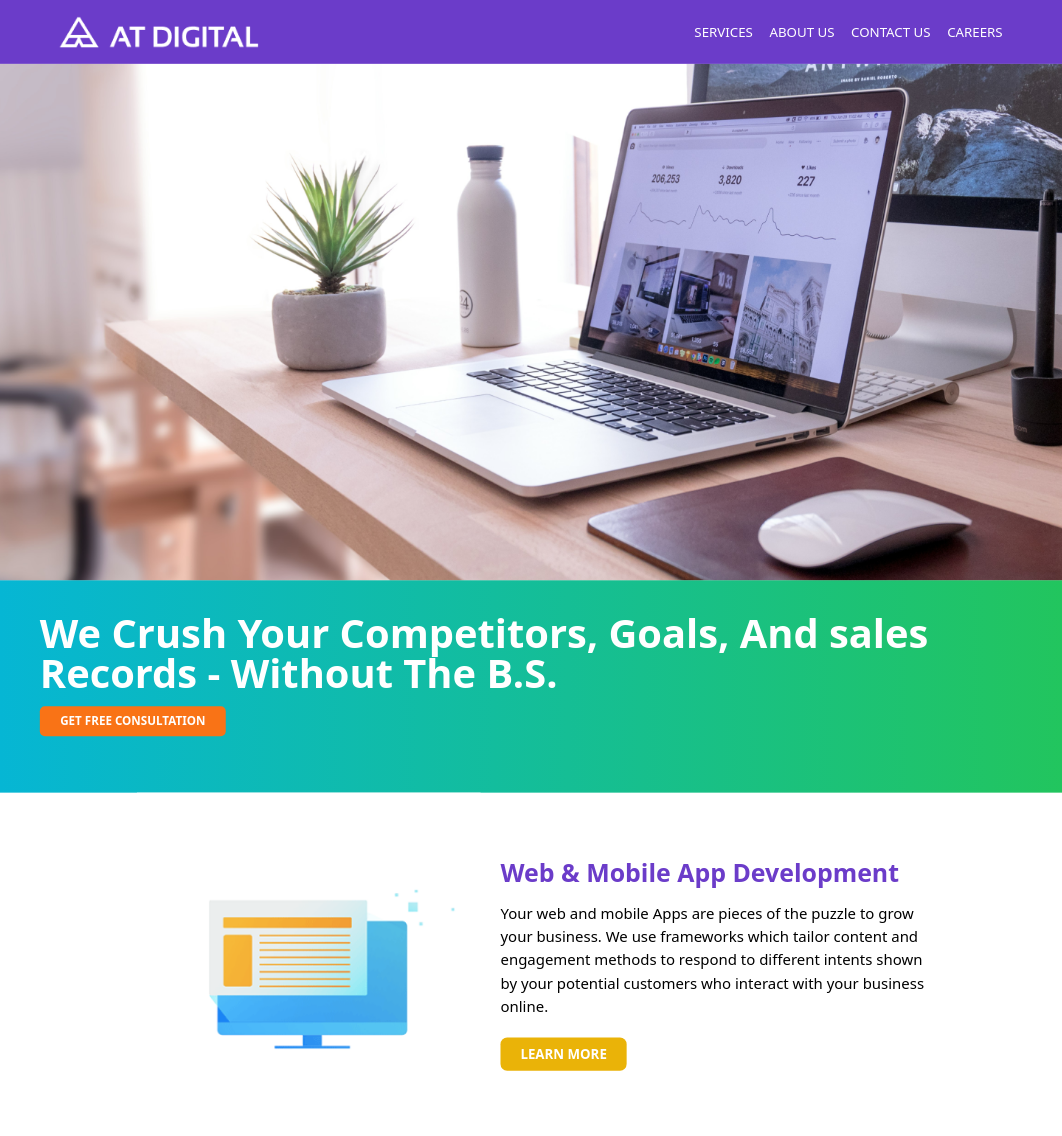
Repository: Milith97/AT-Digital-Website
Page: /
An editor plug-in stored every save of this project. The page is shown before and after the next save, followed by the edit.
The browser window is 1280 px wide. The pictures show the whole page, at 83% of full size.
The project was rebuilt for these pictures with package versions that can differ from the ones it lists, and the page was loaded fresh each time. Also part of the build but not shown: vite.config.js.

Above is the page before, as saved 2024-04-06 21:52:36.

### src/App.jsx
// App.js or your main component file
import React from 'react';
import NavBar from './Components/NavBar';
import HomePage from './Components/HomePage';
import Servicers from './Components/Servicers'

function App() {
  return (
    <div className="App">
      <NavBar />
      <HomePage />
      <Servicers/>
    </div>
  );
}

export default App;

### src/Components/NavBar.jsx
import React, { useState } from 'react';
import Logo from '../assets/Img/Logo.png';

const NavBar = () => {
    const [isOpen, setIsOpen] = useState(false);

    return (
        <nav className="bg-[#6B3CC9]">
            <div className="max-w-1440px max-h-20 xl:px-16 md:px-7 sm:px-11 max-lg:mx-6">
                <div className="flex justify-between">
                    <div>
                        <a href="#" className={`flex items-center py-5 sm:px-2 ${isOpen ? 'hidden' : 'flex'}`}>
                            <img src={Logo} alt="Logo" />
                        </a>
                    </div>
                    <div className={`hidden md:flex font-medium text-white items-center space-x-1 ${isOpen ? 'flex' : 'hidden'}`}>
                        <a href="#" className="py-5 px-2 ">SERVICES</a>
                        <a href="#" className="py-5 px-2 ">ABOUT US</a>
                        <a href="#" className="py-5 px-2 ">CONTACT US</a>
                        <a href="#" className="py-5 px-2 ">CAREERS</a>
                    </div>
                    <div className="md:hidden flex items-center ">
                        <button onClick={() => setIsOpen(!isOpen)} className="text-white focus:outline-none">
                            {!isOpen ? (
                                <svg className="h-14 w-10" stroke="white" viewBox="0 0 24 24" >
                                    <path strokeLinecap="round" strokeLinejoin="round" strokeWidth="3" d="M4 6h16M4 12h16M4 18h16" />
                                </svg>
                            ) : (
                                <svg className="h-12 w-8" stroke="black" viewBox="0 0 24 24" >
                                    <path strokeLinecap="round" strokeLinejoin="round" strokeWidth="3" d="M6 18L18 6M6 6l12 12" />
                                </svg>
                            )}
                        </button>
                    </div>
                </div>
            </div>
            <div className={`${isOpen ? 'block' : 'hidden'} md:hidden`}>
                <div className="bg-white">
                    <a href="#" className="block py-2 px-4 text-sm text-black-500 ">HOME</a>
                    <a href="#" className="block py-2 px-4 text-sm text-black-500">SERVICES</a>
                    <a href="#" className="block py-2 px-4 text-sm text-black-500">ABOUT US</a>
                    <a href="#" className="block py-2 px-4 text-sm text-black-500">CONTACT US</a>
                    <a href="#" className="block py-2 px-4 text-sm text-black-500">CAREERS</a>
                </div>
            </div>
        </nav>
    );
};

export default NavBar;

### src/Components/HomePage.jsx
import React from 'react';
import backgroundImage from '../assets/Img/Home.png';

const HomePage = () => {
    return (
        <div className=''>
            <div>
                <img src={backgroundImage} alt="Home Image" />
            </div>
            <div className='h-64 max-w-full bg-gradient-to-r from-cyan-500 to-green-500 '>
                <div className='text-lg py-6 px-12 '>
                    <p className='font-bold text-5xl text-white py-4'>We Crush Your Competitors, Goals, And sales Records - Without The B.S.</p>
                    <div className=''>
                        <button className='bg-orange-500 text-white font-bold text-sm h-9 w-56 rounded-md'>GET FREE CONSULTATION</button>
                    </div>
                </div>
            </div>
        </div>
    );
};

export default HomePage;

### src/Components/Servicers.jsx
import React from 'react';
import Service1 from '../assets/Img/Service1.png';
const Servicers = () => {
    return (
        <div className="flex flex-col md:flex-row items-center justify-center">
            <div className="w-414 h-414 flex-shrink-0 mb-6 md:mb-0 mr-0 md:mr-6">
                <img src={Service1} alt="Service Image" className="w-full h-full object-cover" />
            </div>

            {/* Right Side (Content) */}
            <div className="max-w-lg">
                <h2 className="sm:text-3xl md:text-2xl lg:text-3xl xl:text-3xl 2xl:text:4xl  font-bold mb-4 text-[#6B3CC9]">Web & Mobile App Development</h2>
                <p className="sm:text-xl md:text-2xl lg:text-lg xl:text-lg 2xl:text-xl  mb-6 ">Your web and mobile Apps are pieces of the puzzle to grow your business. We use frameworks which tailor content and engagement methods to respond to different intents shown by your potential customers who interact with your business online.</p>
                <button className="bg-yellow-500 text-white font-bold py-2 px-6 rounded-lg hover:bg-yellow-600 transition-colors">LEARN MORE</button>
            </div>
        </div>
    );
};

export default Servicers;

Loaded but not shown: index.html (common file); src/main.jsx (common file); src/index.css (common file); tailwind.config.js (common file)

After the next save:
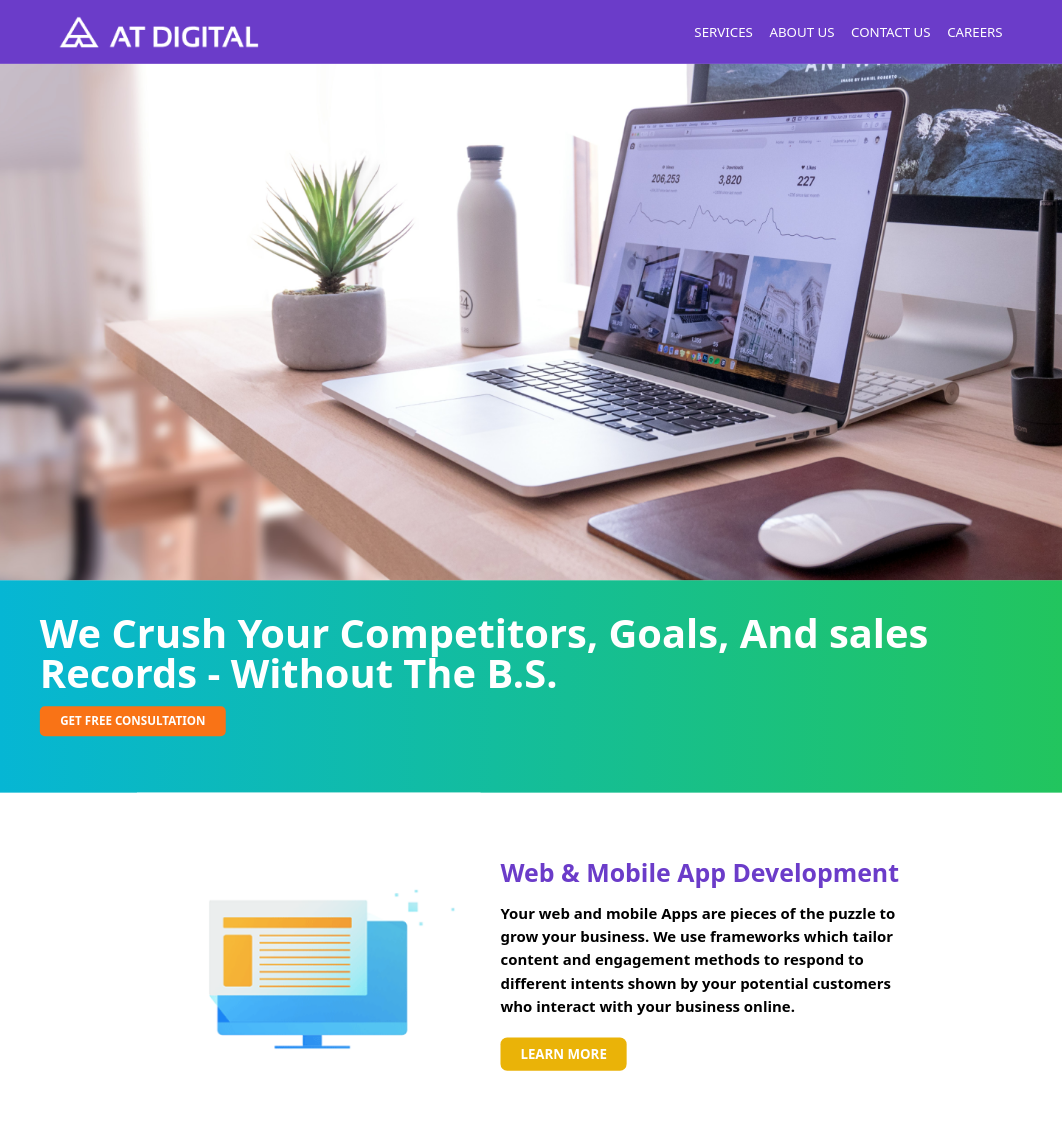
Saved 2 min 13 s later.
--- a/src/Components/Servicers.jsx
+++ b/src/Components/Servicers.jsx
@@ -10,7 +10,7 @@
             {/* Right Side (Content) */}
             <div className="max-w-lg">
                 <h2 className="sm:text-3xl md:text-2xl lg:text-3xl xl:text-3xl 2xl:text:4xl  font-bold mb-4 text-[#6B3CC9]">Web & Mobile App Development</h2>
-                <p className="sm:text-xl md:text-2xl lg:text-lg xl:text-lg 2xl:text-xl  mb-6 ">Your web and mobile Apps are pieces of the puzzle to grow your business. We use frameworks which tailor content and engagement methods to respond to different intents shown by your potential customers who interact with your business online.</p>
+                <p className="sm:text-xl md:text-2xl lg:text-lg xl:text-lg 2xl:text-xl font-semibold  mb-6 ">Your web and mobile Apps are pieces of the puzzle to grow your business. We use frameworks which tailor content and engagement methods to respond to different intents shown by your potential customers who interact with your business online.</p>
                 <button className="bg-yellow-500 text-white font-bold py-2 px-6 rounded-lg hover:bg-yellow-600 transition-colors">LEARN MORE</button>
             </div>
         </div>

After the save that followed:
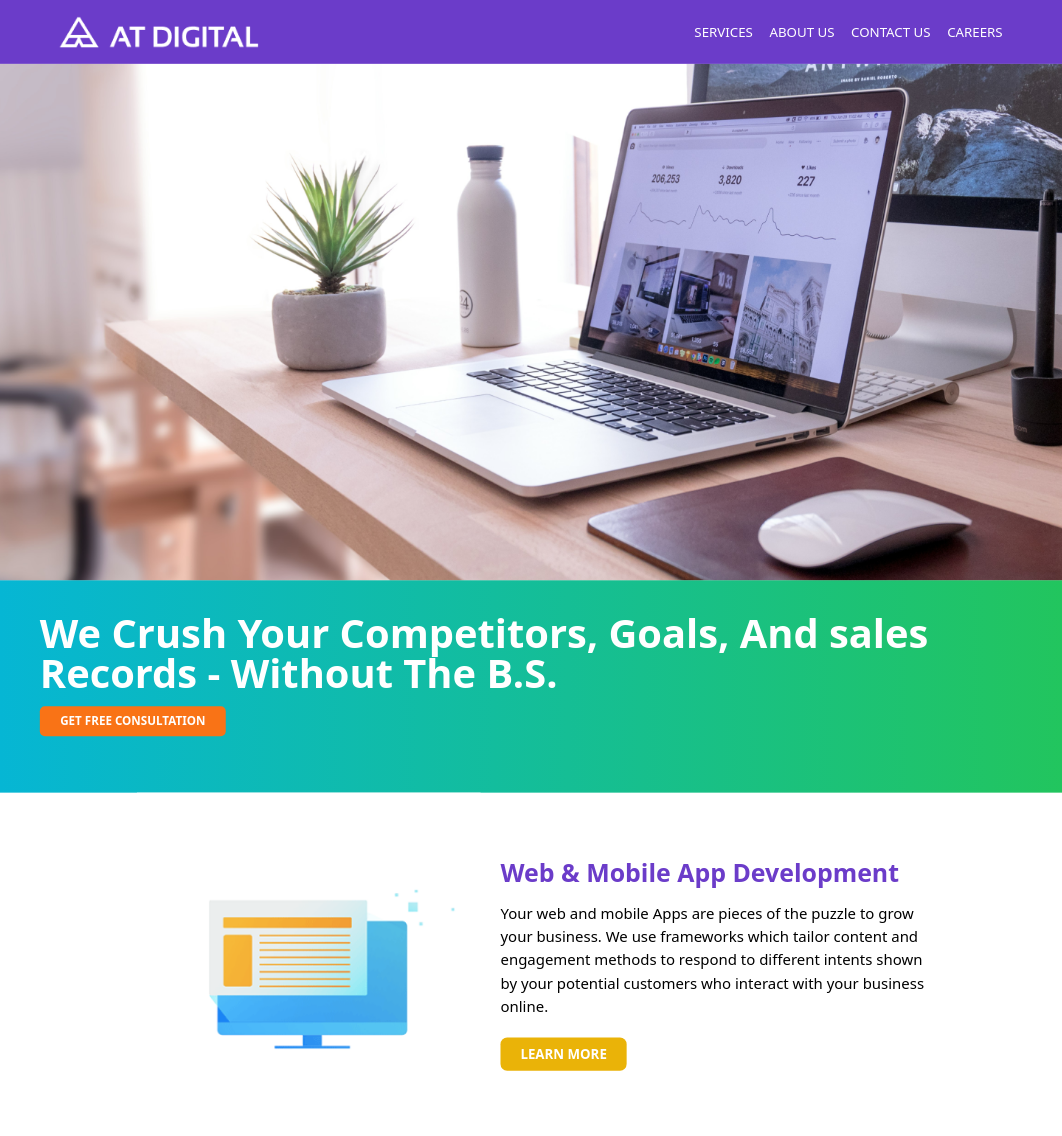
Saved 10 s later.
--- a/src/Components/Servicers.jsx
+++ b/src/Components/Servicers.jsx
@@ -10,7 +10,7 @@
             {/* Right Side (Content) */}
             <div className="max-w-lg">
                 <h2 className="sm:text-3xl md:text-2xl lg:text-3xl xl:text-3xl 2xl:text:4xl  font-bold mb-4 text-[#6B3CC9]">Web & Mobile App Development</h2>
-                <p className="sm:text-xl md:text-2xl lg:text-lg xl:text-lg 2xl:text-xl font-semibold  mb-6 ">Your web and mobile Apps are pieces of the puzzle to grow your business. We use frameworks which tailor content and engagement methods to respond to different intents shown by your potential customers who interact with your business online.</p>
+                <p className="sm:text-xl md:text-2xl lg:text-lg xl:text-lg 2xl:text-xl font-medium  mb-6 ">Your web and mobile Apps are pieces of the puzzle to grow your business. We use frameworks which tailor content and engagement methods to respond to different intents shown by your potential customers who interact with your business online.</p>
                 <button className="bg-yellow-500 text-white font-bold py-2 px-6 rounded-lg hover:bg-yellow-600 transition-colors">LEARN MORE</button>
             </div>
         </div>
